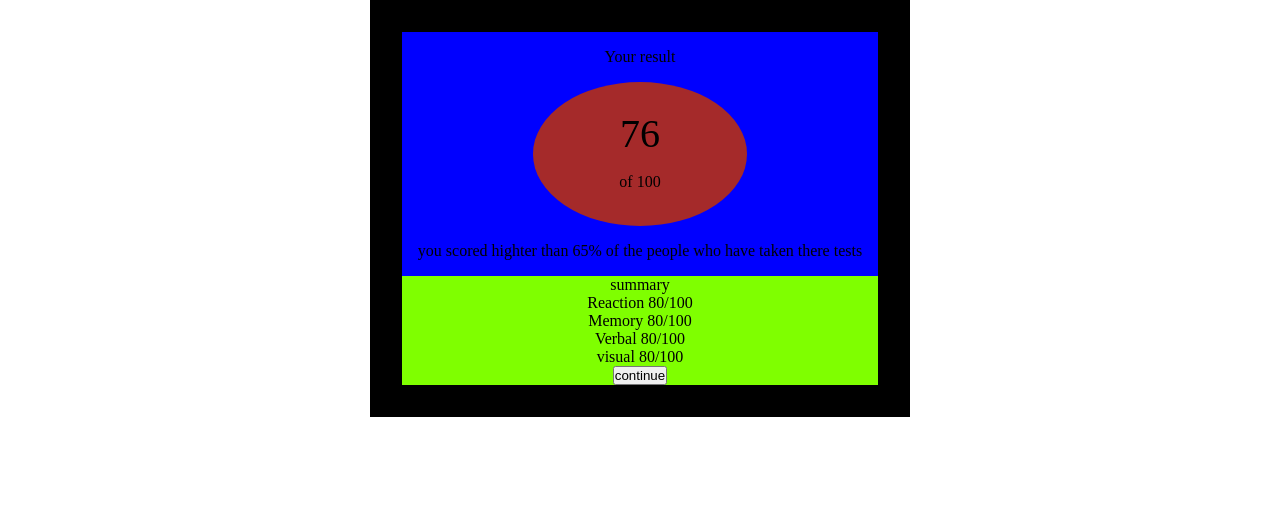
Repository: rahanwz/Card2-raha
Page: card2.html
These files come from the project's save history. The page is drawn as it stood at one moment and after a run of saves; the edit follows.
The browser window is 1280 px wide. The pictures show the whole page.

Above is the page before, as saved 2024-02-19 23:38:18.

### card2.html
<!DOCTYPE html>
<html lang="en">
  <head>
    <meta charset="UTF-8" />
    <meta name="viewport" content="width=device-width, initial-scale=1.0" />
    <title>Document</title>
    <link rel="stylesheet" href="card2.css" />
  </head>
  <body>
    <div class="container">
      <div class="card_container">
        <div class="top_card">
          <p>Your result</p>
          <div class="present">
           <p>76</p><p>of 100</p>
          </div>
          <p class="describ">
            you scored highter than 65% of the people who have taken there tests
          </p>
        </div>
        <div class="bottom_card">
          <p>summary</p>
          <div>Reaction 80/100</div>
          <div>Memory 80/100</div>
          <div>Verbal 80/100</div>
          <div>visual 80/100</div>
          <div><button>continue</button></div>
        </div>
      </div>
    </div>
  </body>
</html>

### card2.css
* {
  padding: 0;
  margin: 0;
  box-sizing: border-box;
}
body {
  display: flex;
  justify-content: center;
}
.container {
  background-color: black;
  padding: 2rem;
}
.card_container {
  background-color: aquamarine;
}
.card_container {
  text-align: center;
}

.top_card :first-child{
  padding: 1rem;
}
.present :first-child {
  font-size: 2.5rem;
  padding-top: 1.75rem;
}

.present {
  background-color: #f57d1f;
  height: 20vh;
  width: 45%;
  border-radius: 100%;
  background-color: brown;
  margin: auto;
}

.describ{
    padding: 1rem;
}

.top_card {
  background-color: blue;
}

.bottom_card :{
padding: ;

}




.bottom_card {
  background-color: chartreuse;
  height: 100%;
}

After the next 3 saves:
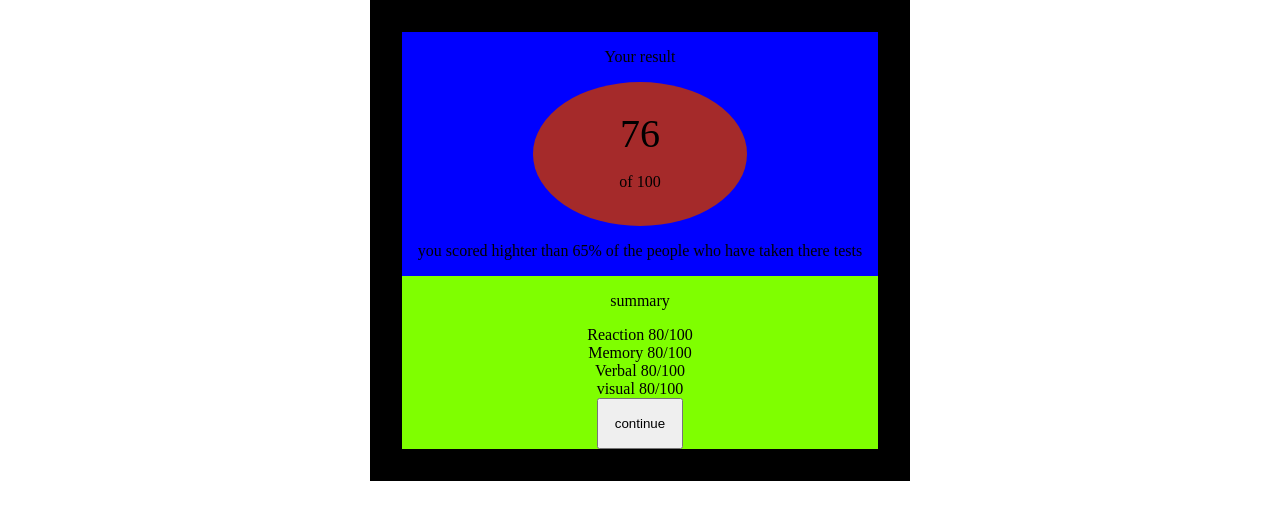
The 3 saves are shown as one change because they came seconds apart.
The last was saved 10 s later.
--- a/card2.css
+++ b/card2.css
@@ -43,8 +43,8 @@ body {
   background-color: blue;
 }
 
-.bottom_card :{
-padding: ;
+.bottom_card :first-child{
+padding: 1rem;
 
 }
 
